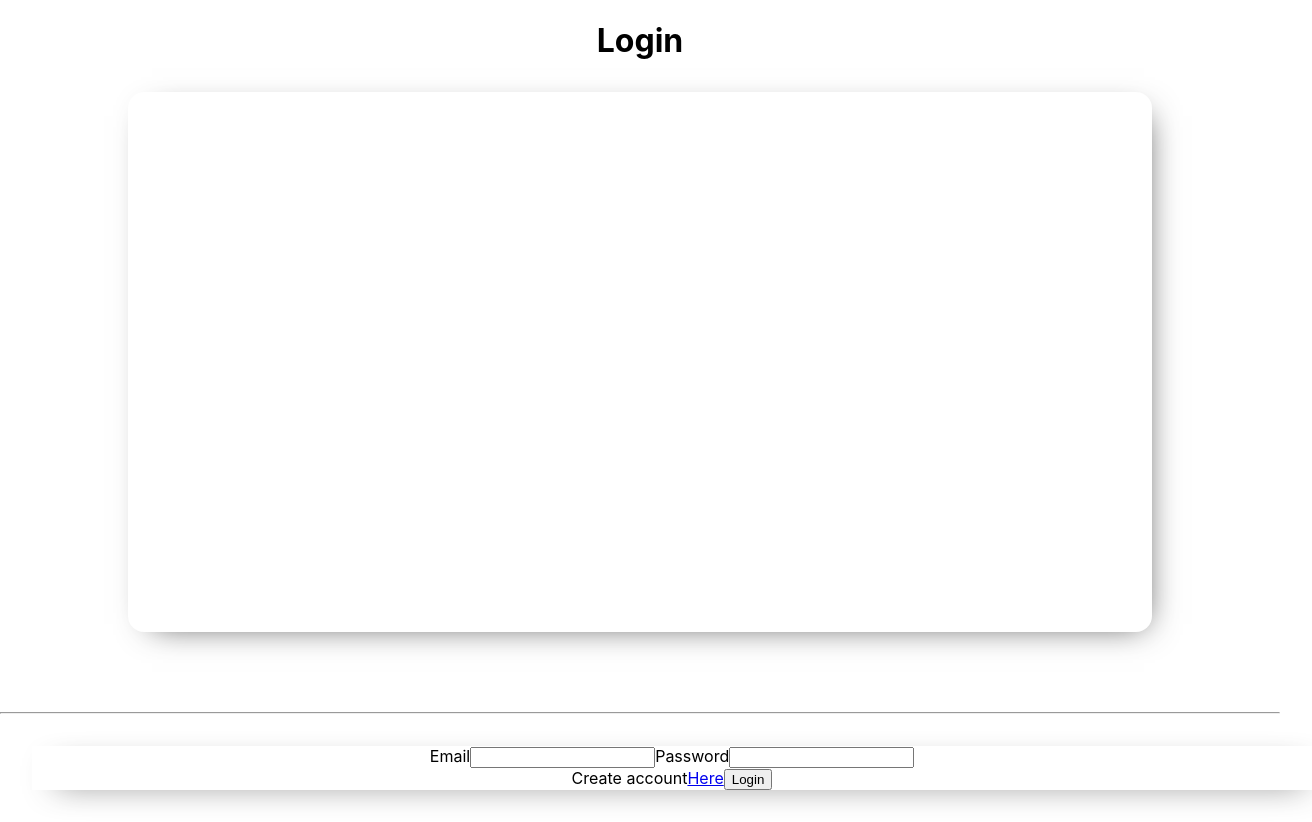
Repository: TendaniSadiki/revelation-e-commerce
Page: /login
These files come from the project's save history. The page is drawn as it stood at one moment and after the next save; the edit follows.
The browser window is 1280 px wide. The page is 1312 px wide, then 1280 px, so the pictures cover 1312 px, including what lies to the right of the window. The pictures show the whole page.
The project was rebuilt for these pictures with package versions that can differ from the ones it lists, and the page was loaded fresh each time. Also part of the build but not shown: src/Components/Navbar.css, src/Components/Navbar.js, src/Components/CardStyle.css, src/Components/IndividualProduct.js, src/Components/Products.js, src/Components/IndividualCartProduct.js, src/Components/CartProduct.js, src/Components/Home.js and 8 more. Imported but missing from the stored project, and not drawn on this page: src/Components/Pages/Sale/Sale.

Above is the page before, as saved 2022-11-10 15:18:58.

After the next save:
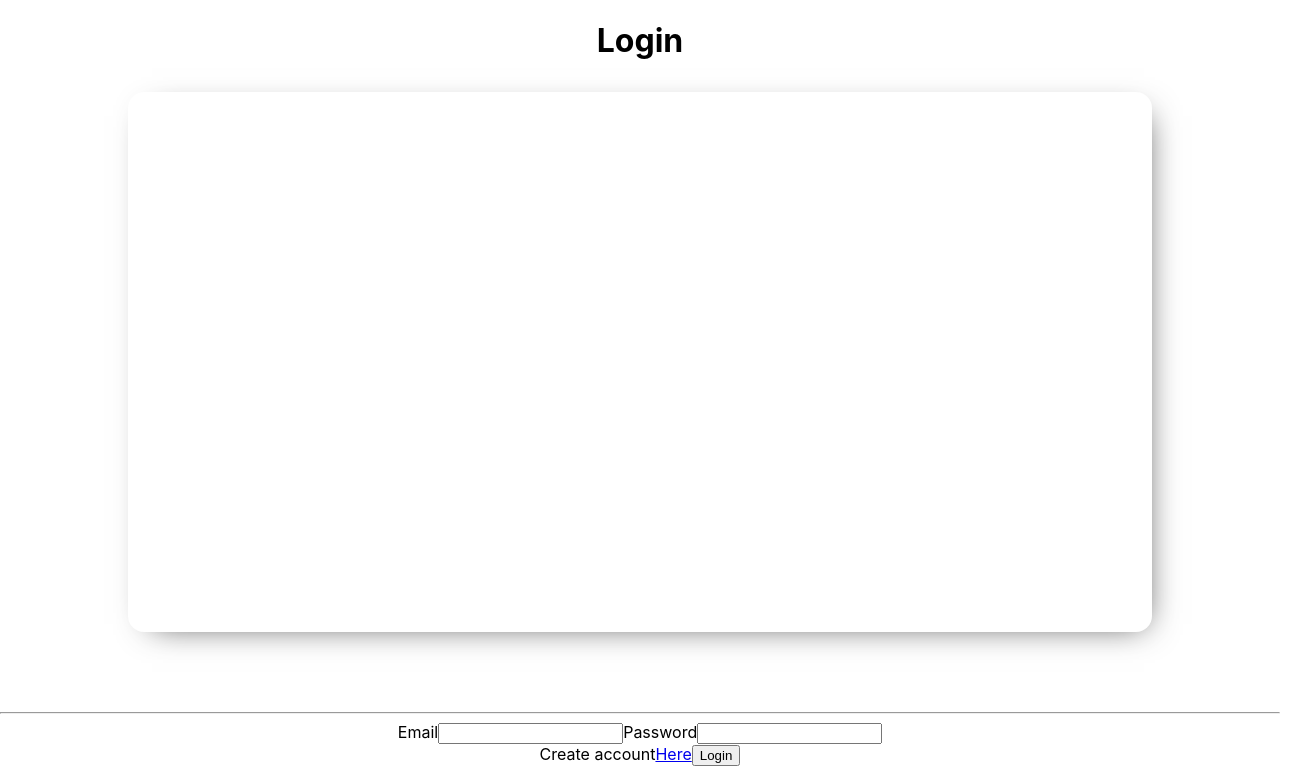
Saved 3 min 31 s later.
--- a/src/Components/Login.css
+++ b/src/Components/Login.css
@@ -19,17 +19,3 @@
         justify-content: center;
         align-items: center;
 }
-
-.left-side,.right-side{
-    margin: 2rem 2rem;
-    box-shadow: 0.5rem 0.5rem 2rem -1rem rgb(58, 57, 57);
-    height: 80%;
-    width: 100%;
-}
-.left-side{
-    display: flex;
-    align-items: center;
-    flex-direction: column;
-    justify-content: center;
-    input
-}
